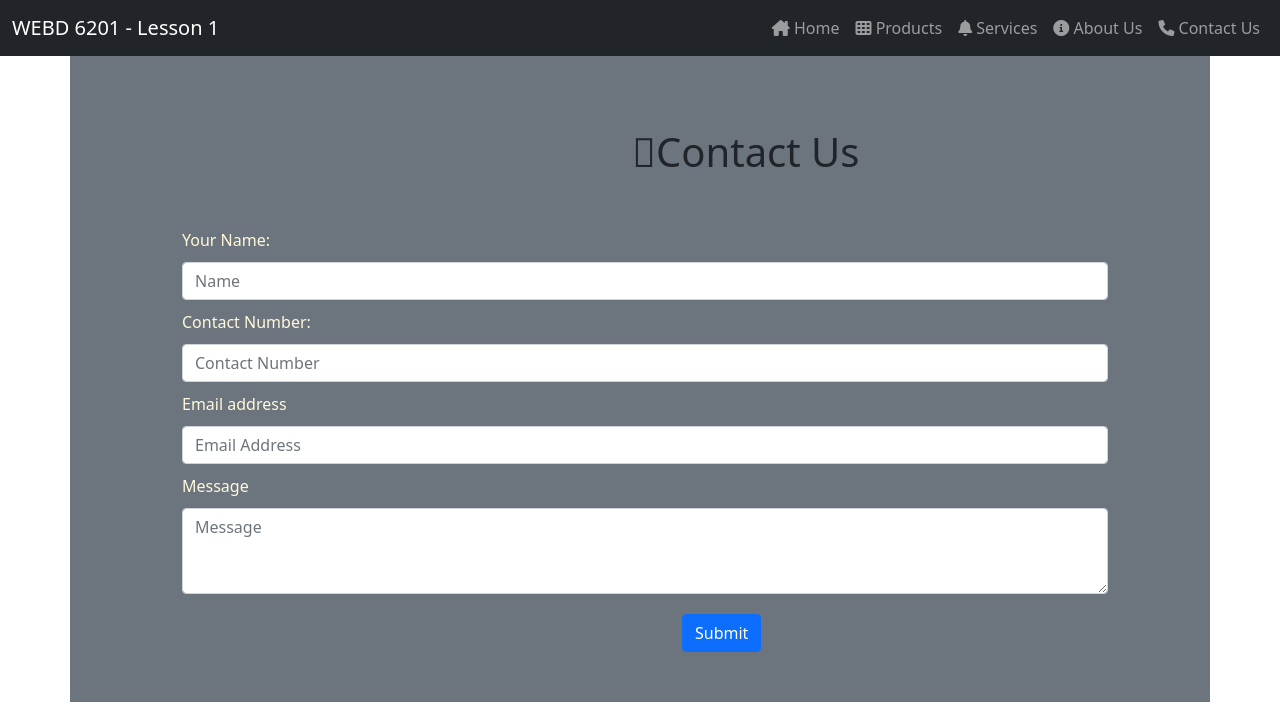
Repository: devanshudave1901/DevanshuDave_AngaranYogeswaranLab2
Page: contact.html
An editor plug-in stored every save of this project. The page is shown before and after the next save, followed by the edit.
The browser window is 1280 px wide. The pictures show the whole page.

Above is the page before, as saved 2022-02-10 12:38:19.

### contact.html
<!DOCTYPE html>
<html lang="en">
  <head>
    <meta charset="UTF-8" />
    <meta http-equiv="X-UA-Compatible" content="IE=edge" />
    <meta name="viewport" content="width=device-width, initial-scale=1.0" />
    <title>Contact Us</title>
    <link
      rel="stylesheet"
      href="./node_modules/bootstrap/dist/css/bootstrap.min.css"
    />
    <link
      rel="stylesheet"
      href="./node_modules/@fortawesome/fontawesome-free/css/all.min.css"
    />
    <link rel="stylesheet" href="./Content/app.css" />
  </head>
  <body>
    <nav class="navbar navbar-expand-lg navbar-dark bg-dark">
      <div class="container-fluid">
        <a class="navbar-brand" href="#">WEBD 6201 - Lesson 1</a>
        <button
          class="navbar-toggler"
          type="button"
          data-bs-toggle="collapse"
          data-bs-target="#navbarSupportedContent"
          aria-controls="navbarSupportedContent"
          aria-expanded="false"
          aria-label="Toggle navigation"
        >
          <span class="navbar-toggler-icon"></span>
        </button>
        <div class="collapse navbar-collapse" id="navbarSupportedContent">
          <ul class="navbar-nav ms-auto">
            <li class="nav-item active">
              <a class="nav-link" aria-current="page" href="./index.html"
                ><i class="fa-solid fa-house-chimney"></i> Home</a
              >
            </li>

            <li class="nav-item">
              <a class="nav-link" href="./products.html"
                ><i class="fa-solid fa-th"></i> Products</a
              >
            </li>
            <li class="nav-item">
              <a class="nav-link" href="./services.html"
                ><i class="fa-solid fa-bell"></i> Services</a
              >
            </li>
            <li class="nav-item">
              <a class="nav-link" href="./about.html">
                <i class="fa-solid fa-circle-info"></i> About Us</a
              >
            </li>
            <li class="nav-item">
              <a class="nav-link" href="./contact.html">
                <i class="fa-solid fa-phone"></i> Contact Us</a
              >
            </li>
          </ul>
        </div>
      </div>
    </nav>
    <div class="jumbotron bg-secondary container" id="contentArea">
      <br />
      <br />
      <br />
      <h1 id="contactId"><i class="fa-thin fa-comment"></i>Contact Us</h1>
      <br />

      <form id="Contactform">
        <div class="form-group">
          <label for="InputName">Your Name: </label>
          <input
            type="text"
            class="form-control"
            id="InputName"
            placeholder="Name"
          />
        </div>
        <div class="form-group">
          <label for="InputNumber">Contact Number: </label>
          <input
            type="number"
            class="form-control"
            id="InputNumber"
            placeholder="Contact Number"
          />
        </div>
        <div class="form-group">
          <label for="InputEmail1"> Email address</label>
          <input
            type="email"
            class="form-control"
            id="exampleInputEmail1"
            placeholder="Email Address"
          />
        </div>

        <div class="form-group">
          <label for="InputMessage">Message</label>
          <textarea
            class="form-control"
            id="InputMessage"
            placeholder="Message"
            rows="3"
          ></textarea>
        </div>

        <button type="submit" class="btn btn-primary">Submit</button>
      </form>
    </div>
    <!-- 3RD Party Library-->
    <script src="./node_modules/jquery/dist/jquery.min.js"></script>
    <script src="./node_modules/bootstrap/dist/js/bootstrap.min.js"></script>
  </body>
</html>

### Content/app.css
#Contactform {
  padding: 10px 90px 50px 100px;
}
#Contactform label {
  color: cornsilk;
  padding-bottom: 10px;
  padding-top: 10px;
}

#Contactform button {
  margin-top: 20px;
  margin-left: 500px;
}
.formInputBox {
  padding-left: 60px;
  margin: 8px 0;
  border: dashed;
  box-sizing: border-box;
}

#contactId {
  padding-left: 550px;
}

Loaded but not shown: node_modules/bootstrap/dist/css/bootstrap.min.css (library); node_modules/@fortawesome/fontawesome-free/css/all.min.css (library); node_modules/jquery/dist/jquery.min.js (library); node_modules/bootstrap/dist/js/bootstrap.min.js (library)

After the next save:
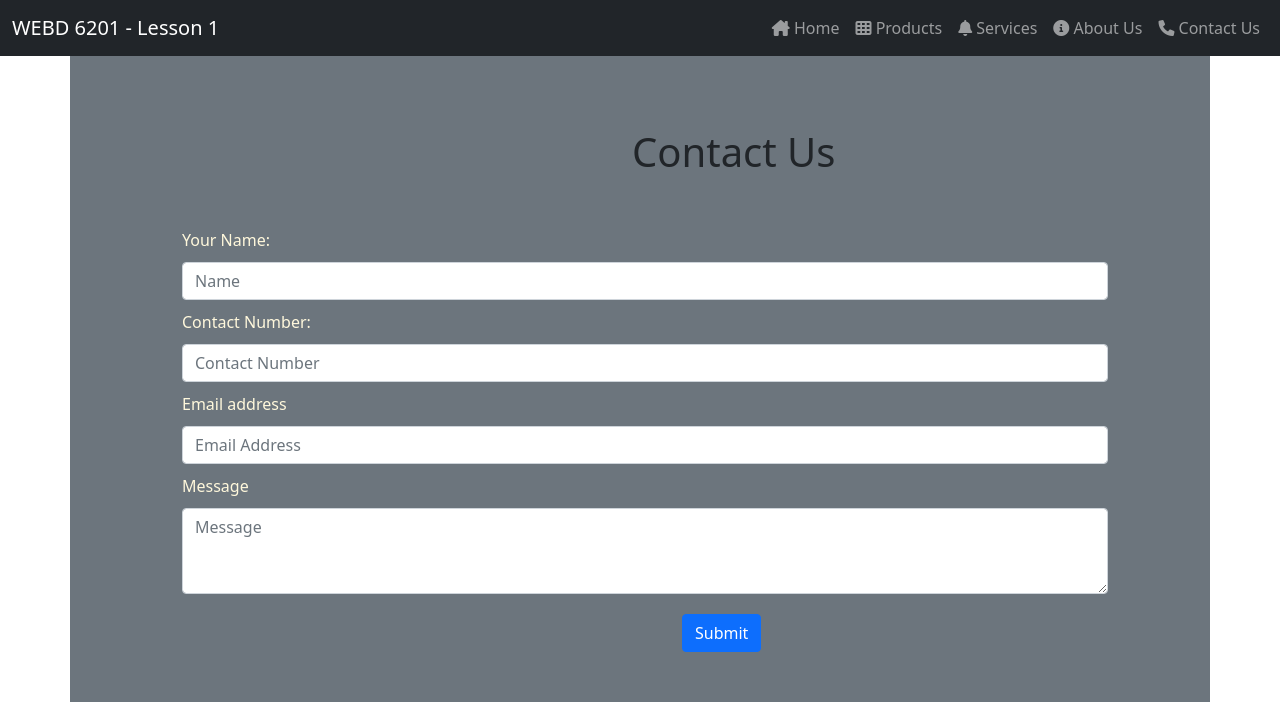
Saved 21 s later.
--- a/contact.html
+++ b/contact.html
@@ -66,7 +66,7 @@
       <br />
       <br />
       <br />
-      <h1 id="contactId"><i class="fa-thin fa-comment"></i>Contact Us</h1>
+      <h1 id="contactId"><i class="fa-thin fa-message-text"></i>Contact Us</h1>
       <br />
 
       <form id="Contactform">

After the save that followed:
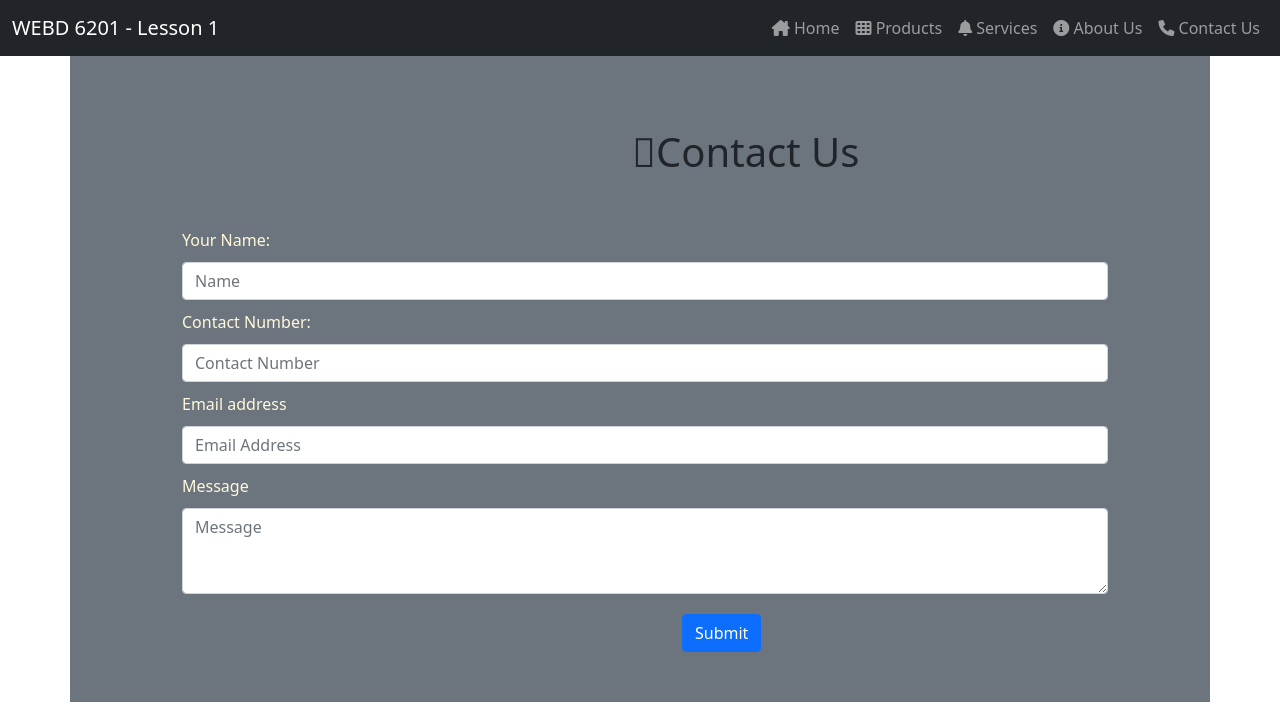
Saved 10 s later.
--- a/contact.html
+++ b/contact.html
@@ -66,7 +66,7 @@
       <br />
       <br />
       <br />
-      <h1 id="contactId"><i class="fa-thin fa-message-text"></i>Contact Us</h1>
+      <h1 id="contactId"><i class="fa-thin fa-message"></i>Contact Us</h1>
       <br />
 
       <form id="Contactform">
